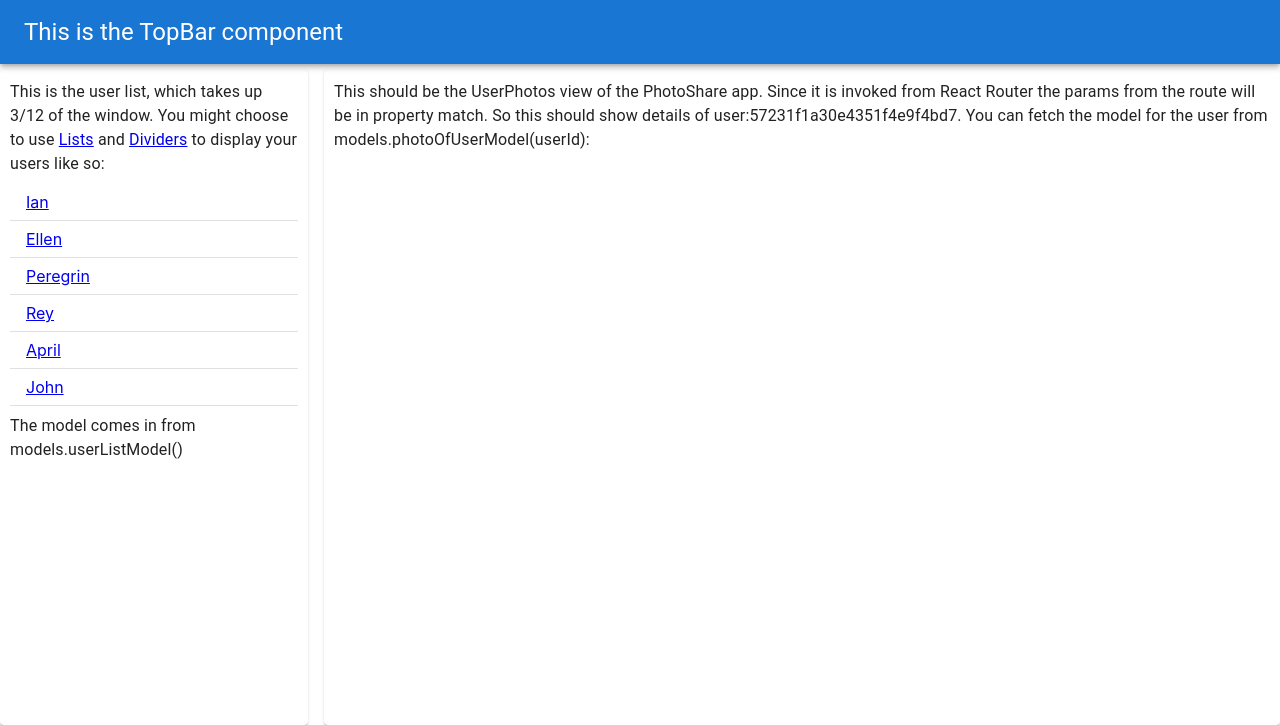
Repository: Trung0810/photo-sharing-v1
Page: /photos/57231f1a30e4351f4e9f4bd7
These files come from the project's save history. The page is drawn as it stood at one moment and after a run of saves; the edit follows.
The browser window is 1280 px wide. The pictures show the whole page.
The project was rebuilt for these pictures with package versions that can differ from the ones it lists, and the page was loaded fresh each time. Also part of the build but not shown: src/modelData/models.js, src/components/UserDetail/index.jsx.

Above is the page before, as saved 2026-04-04 14:37:30.

After the next 3 saves:
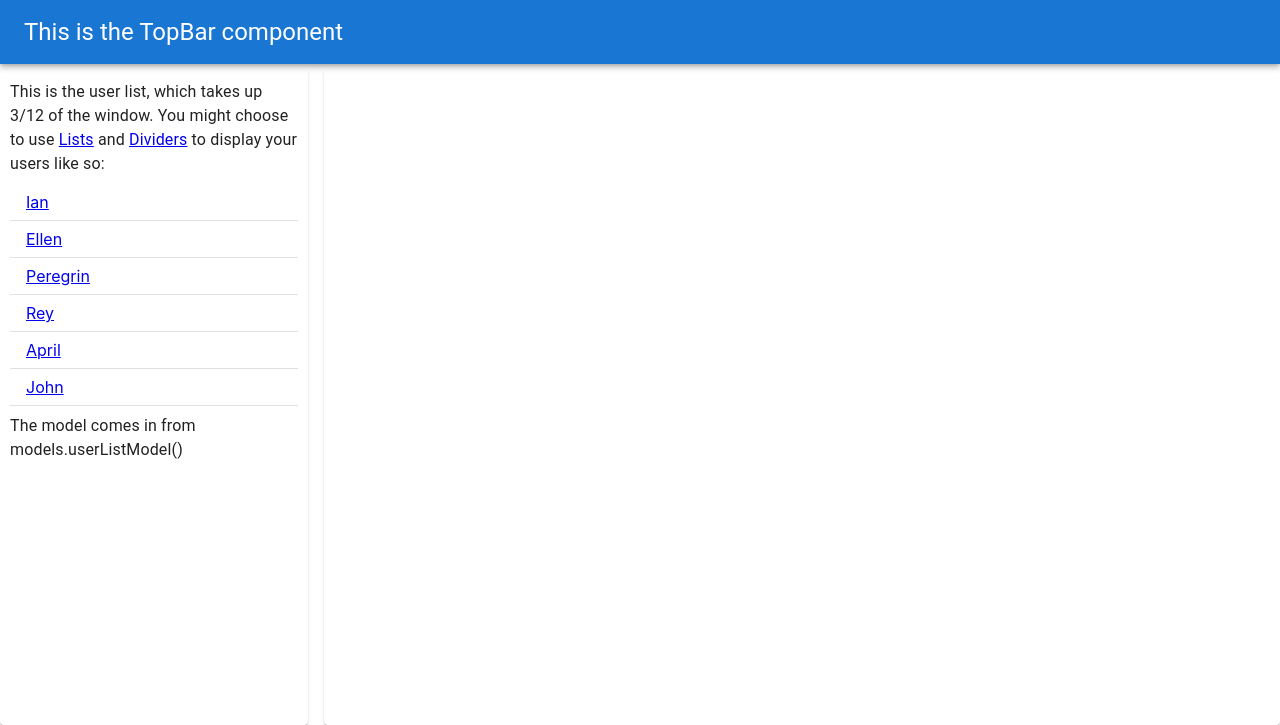
The 3 saves are shown as one change because 2 did not build or start.
The last was saved 7 min 10 s later.
--- a/src/components/UserPhotos/index.jsx
+++ b/src/components/UserPhotos/index.jsx
@@ -1,23 +1,82 @@
-import React from "react";
-import { Typography } from "@mui/material";
+import React, { useState, useEffect } from "react";
+import {
+  Typography,
+  Card,
+  CardHeader,
+  CardMedia,
+  CardContent,
+  Divider,
+  List,
+  ListItem,
+  Box,
+} from "@mui/material";
+import { Link, useParams } from "react-router-dom";
+import "./styles.css";
 
-import "./styles.css";
-import {useParams} from "react-router-dom";
+function UserPhotos() {
+  const { userId } = useParams();
 
-/**
- * Define UserPhotos, a React component of Project 4.
- */
-function UserPhotos () {
-    const user = useParams();
-    return (
-      <Typography variant="body1">
-        This should be the UserPhotos view of the PhotoShare app. Since it is
-        invoked from React Router the params from the route will be in property
-        match. So this should show details of user:
-        {user.userId}. You can fetch the model for the user
-        from models.photoOfUserModel(userId):
-      </Typography>
-    );
+  const photos = [];
+
+  if (!photos || photos.length === 0) {
+    return;
+  }
+
+  return (
+    <Box>
+      {photos.map((photo) => (
+        <Card key={photo._id} sx={{ marginBottom: 4, boxShadow: 3 }}>
+          <CardHeader
+            title={`Đăng vào: ${new Date(photo.date_time).toLocaleString()}`}
+          />
+          <CardMedia
+            component="img"
+            image={`/images/${photo.file_name}`}
+            sx={{ width: "100%" }}
+          />
+          <CardContent>
+            <Typography variant="h6" gutterBottom>
+              Bình luận:
+            </Typography>
+            <Divider />
+            <List>
+              {photo.comments &&
+                photo.comments.map((c) => (
+                  <ListItem
+                    key={c._id}
+                    sx={{ display: "block", paddingLeft: 0 }}
+                  >
+                    <Typography variant="subtitle2">
+                      <Link
+                        to={`/users/${c.user._id}`}
+                        style={{
+                          fontWeight: "bold",
+                          textDecoration: "none",
+                          color: "#1976d2",
+                        }}
+                      >
+                        {c.user.first_name} {c.user.last_name}
+                      </Link>
+                      <span style={{ color: "gray", marginLeft: "8px" }}>
+                        ({new Date(c.date_time).toLocaleString()})
+                      </span>
+                    </Typography>
+                    <Typography variant="body2" sx={{ marginTop: 1 }}>
+                      {c.comment}
+                    </Typography>
+                    <Divider
+                      variant="inset"
+                      component="li"
+                      sx={{ marginTop: 1 }}
+                    />
+                  </ListItem>
+                ))}
+            </List>
+          </CardContent>
+        </Card>
+      ))}
+    </Box>
+  );
 }
 
 export default UserPhotos;
